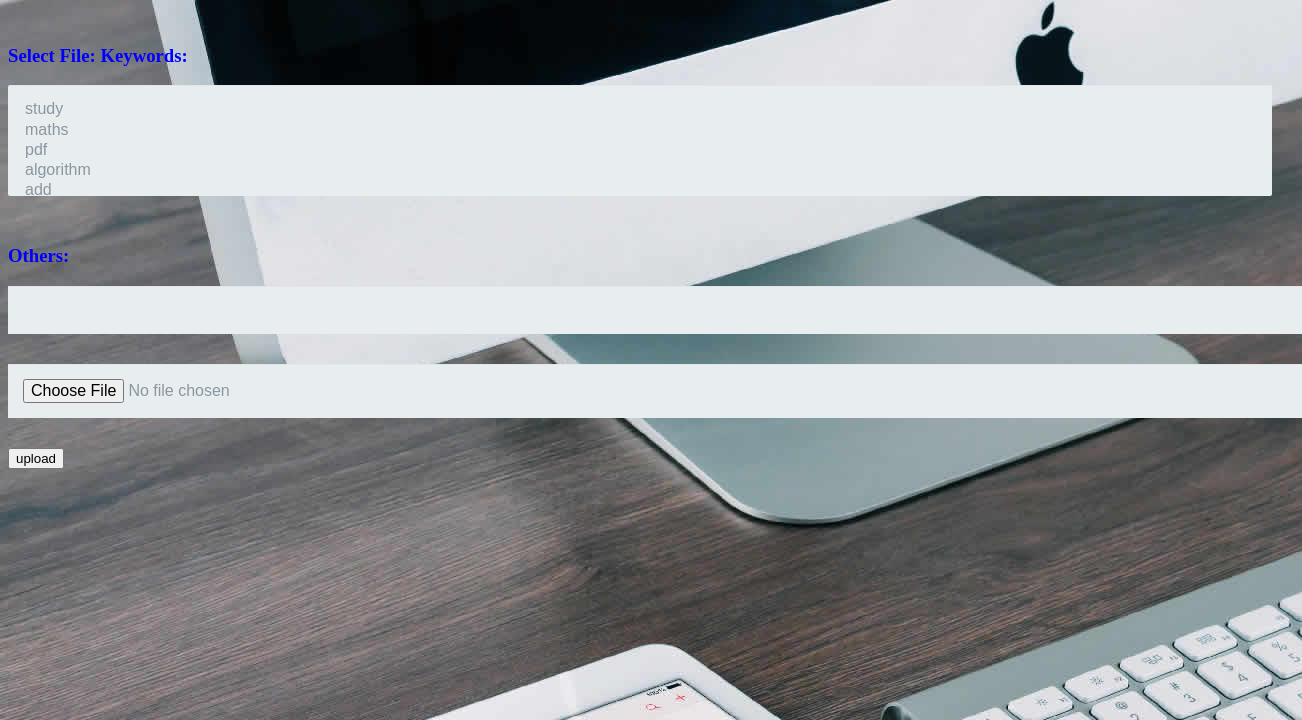
Repository: AkhileshSrinivas/Open-Education-Resource
Page: http://localhost/OpenEducationResource/Lecturer.jsp
These files come from the project's save history. The page is drawn as it stood at one moment and after the next save; the edit follows.
The browser window is 1280 px wide. The page is 1302 px wide, so the pictures cover 1302 px, including what lies to the right of the window. The pictures show the whole page.
The page is served by Tomcat 9. Other server files are loaded and not shown. The database holds what the project's SQL file puts in it.

Above is the page before, as saved 2021-04-29 05:23:38.

### OpenEducationResource/WebContent/Lecturer.jsp
<%@ page import="java.sql.*"%>
<%
	ResultSet resultset = null;
%>
<!DOCTYPE html PUBLIC "-//W3C//DTD HTML 4.01 Transitional//EN" "http://www.w3.org/TR/html4/loose.dtd">
<html>

<head>
<style>


body {
	background-image: url("assets/images/homebg.jpg");
}

input[type="text"], input[type="file"], select {
	background: rgba(255, 255, 255, 0.1);
	border: none;
	font-size: 16px;
	height: auto;
	margin: 0;
	outline: 0;
	padding: 15px;
	width: 100%;
	background-color: #e8eeef;
	color: #8a97a0;
	box-shadow: 0 1px 0 rgba(0, 0, 0, 0.03) inset;
	margin-bottom: 30px;
}

submit {
	padding: 19px 39px 18px 39px;
	color: #FFF;
	background-color: #4bc970;
	font-size: 18px;
	text-align: center;
	font-style: normal;
	border-radius: 5px;
	width: 100%;
	border: 1px solid #3ac162;
	border-width: 1px 1px 3px;
	box-shadow: 0 -1px 0 rgba(255, 255, 255, 0.1) inset;
	margin-bottom: 10px;
}
</style>

</head>


<body>
 <%
        String userID ="" ;
    if(session.getAttribute("User")!=null)
       {
        userID=session.getAttribute("User").toString();
       }
       else{
       userID="";
       } %>




	<%
		try {
			Class.forName("com.mysql.cj.jdbc.Driver");
			Connection con = DriverManager.getConnection("jdbc:mysql://localhost:3306/learningframework", "root", "rootqwer");


			Statement statement = con.createStatement();

			resultset = statement.executeQuery("select * from keywords");
	%>


        <br/>

        <form action="UploadServlet" method="post"
		enctype="multipart/form-data">

         <h3 style="color:blue">Select File: Keywords:</h3>
		 <select multiple name="keywords">
			<%
				while (resultset.next()) {
			%>
			<option><%=resultset.getString(1)%></option>
			<%
				}
			%>
		</select>





		<!--  		Select File: Keywords: <select multiple name="keywords">
			<option value="cc">CC</option>
			<option value="fc">FC</option>
			<option value="cse">CSE</option>
			<option value="cs">CS</option>
			<option value="fc">FC</option>
			<option value="vm">VM</option>
		</select>  -->
         <h3 style="color:blue">Others:</h3>
		 <input type="text" name="otherKw" /> <br />
                  <input type="hidden" name="email" value="<%=userID%>" />



                 <input type="file" name="fname" /> <input type="submit" value="upload" />


	</form>


	<%
		//**Should I input the codes here?**
		} catch (Exception e) {
			out.println("wrong entry" + e);
		}
	%>
</body>
</html>

### OpenEducationResource/Download/learningframework.sql (the tables this page reads)
CREATE TABLE `keywords` (
  `keyword` varchar(50) default NULL
) ENGINE=InnoDB DEFAULT CHARSET=latin1;

INSERT INTO `keywords` VALUES ('study');

INSERT INTO `keywords` VALUES ('maths');

INSERT INTO `keywords` VALUES ('pdf');

INSERT INTO `keywords` VALUES ('algorithm');

INSERT INTO `keywords` VALUES ('add');

INSERT INTO `keywords` VALUES ('file');

INSERT INTO `keywords` VALUES ('column');

INSERT INTO `keywords` VALUES ('row');

INSERT INTO `keywords` VALUES ('play');

INSERT INTO `keywords` VALUES ('new');

INSERT INTO `keywords` VALUES ('sports');

INSERT INTO `keywords` VALUES ('games');

INSERT INTO `keywords` VALUES ('ga');

After the next save:
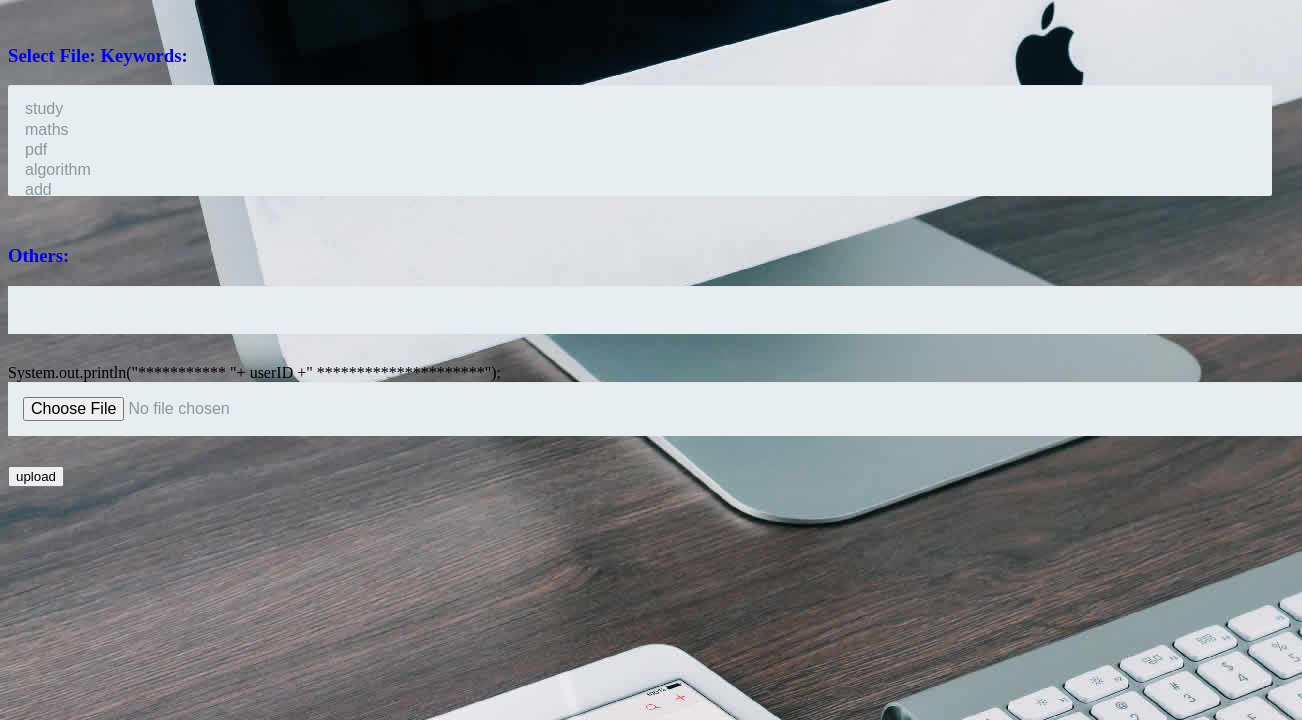
Saved 6 min 42 s later.
--- a/OpenEducationResource/WebContent/Lecturer.jsp
+++ b/OpenEducationResource/WebContent/Lecturer.jsp
@@ -104,6 +104,8 @@
          <h3 style="color:blue">Others:</h3>
 		 <input type="text" name="otherKw" /> <br />
                   <input type="hidden" name="email" value="<%=userID%>" />
+                  System.out.println("*********** "+ userID +" *********************");
+
 
 
 

After the save that followed:
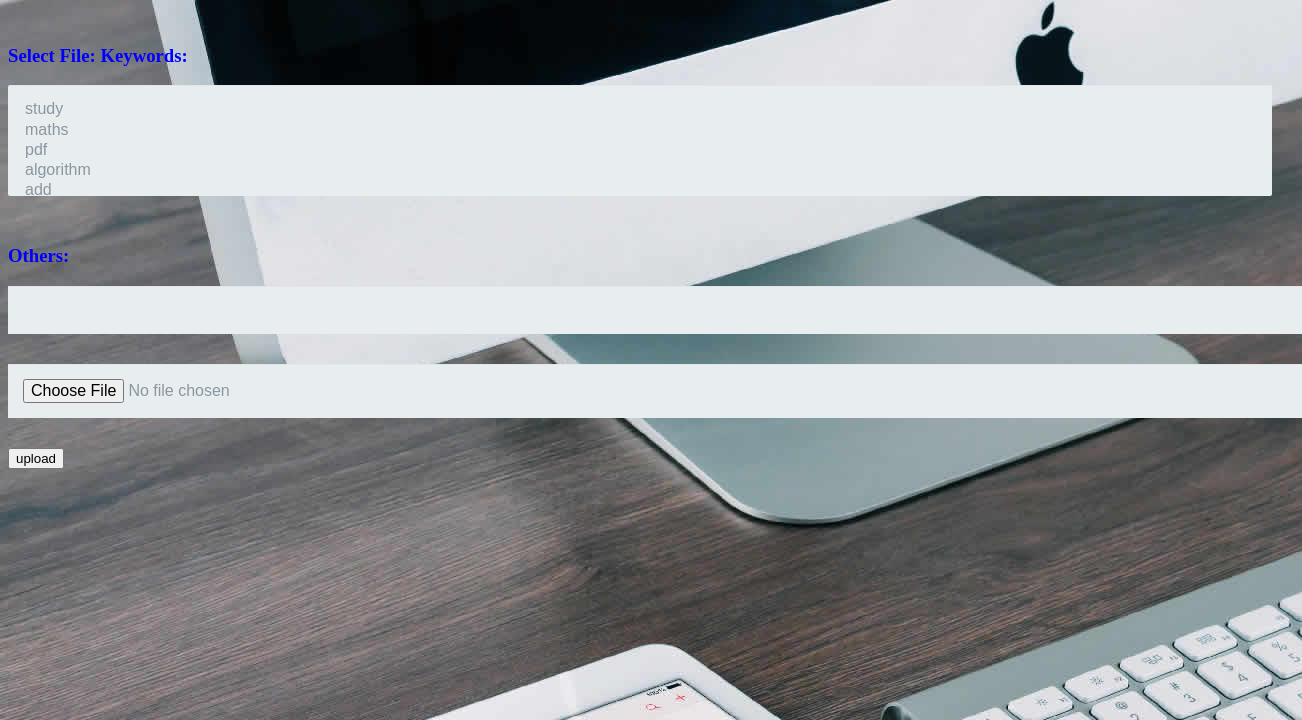
Saved 100 s later.
--- a/OpenEducationResource/WebContent/Lecturer.jsp
+++ b/OpenEducationResource/WebContent/Lecturer.jsp
@@ -104,7 +104,11 @@
          <h3 style="color:blue">Others:</h3>
 		 <input type="text" name="otherKw" /> <br />
                   <input type="hidden" name="email" value="<%=userID%>" />
+
+                  <%
                   System.out.println("*********** "+ userID +" *********************");
+			%>
+
 
 
 
